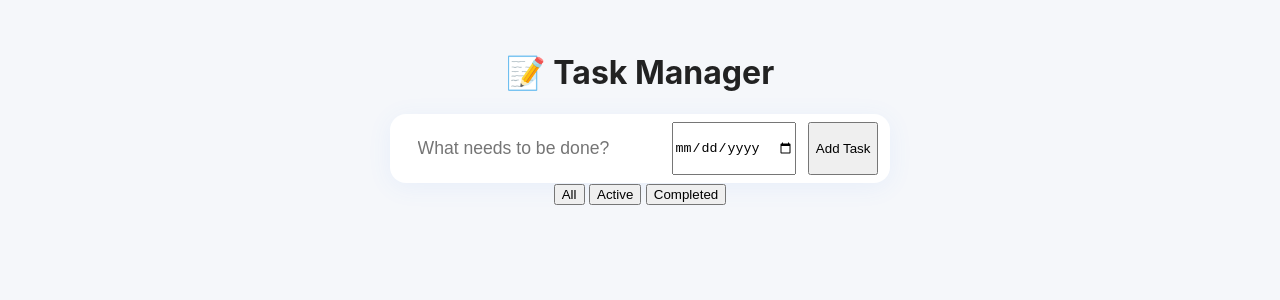
Repository: kirankumarwq/On-Time
Page: index.html
The author's editor kept a copy of each file at every save. The page is drawn from the files as they stood at one save, then again after the next save.
The browser window is 1280 px wide. The pictures show the whole page.

Above is the page before, as saved 2025-06-09 18:56:37.

After the next save:
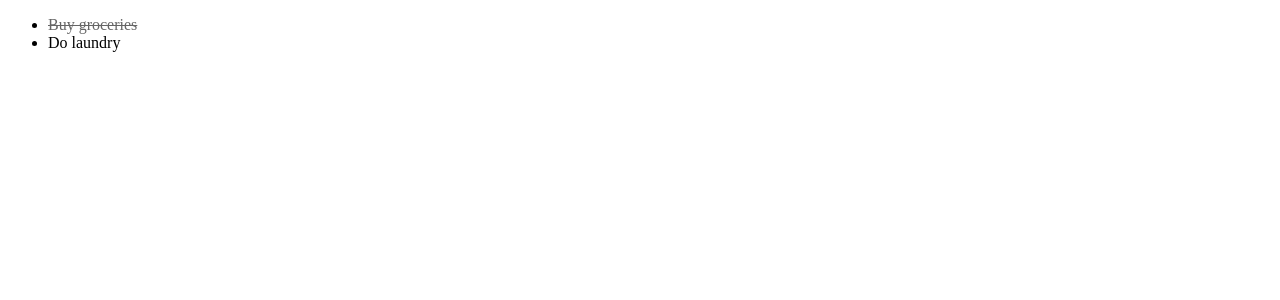
Saved 14 s later.
--- a/index.html
+++ b/index.html
@@ -1,33 +1,25 @@
 <!DOCTYPE html>
-<html lang="en">
+<html>
 <head>
-  <meta charset="UTF-8" />
-  <meta name="viewport" content="width=device-width, initial-scale=1" />
-  <title>Task Manager MVP</title>
-  <link rel="stylesheet" href="style.css" />
+  <style>
+    li.completed .task-main span {
+      text-decoration: line-through;
+      opacity: 0.6;
+    }
+  </style>
 </head>
 <body>
-  <main class="container">
-    <h1>📝 Task Manager</h1>
-
-    <!-- Task Form -->
-    <form id="task-form">
-      <input type="text" id="task-input" placeholder="What needs to be done?" required />
-      <input id="task-date" type="date" />
-      <button type="submit">Add Task</button>
-    </form>
-
-    <!-- Filters -->
-    <div id="filters">
-      <button onclick="setFilter('all')" class="active">All</button>
-      <button onclick="setFilter('active')">Active</button>
-      <button onclick="setFilter('completed')">Completed</button>
-    </div>
-
-    <!-- Task List -->
-    <ul id="task-list"></ul>
-  </main>
-
-  <script src="script.js"></script>
+  <ul>
+    <li class="completed">
+      <div class="task-main">
+        <span>Buy groceries</span>
+      </div>
+    </li>
+    <li>
+      <div class="task-main">
+        <span>Do laundry</span>
+      </div>
+    </li>
+  </ul>
 </body>
 </html>

After the save that followed:
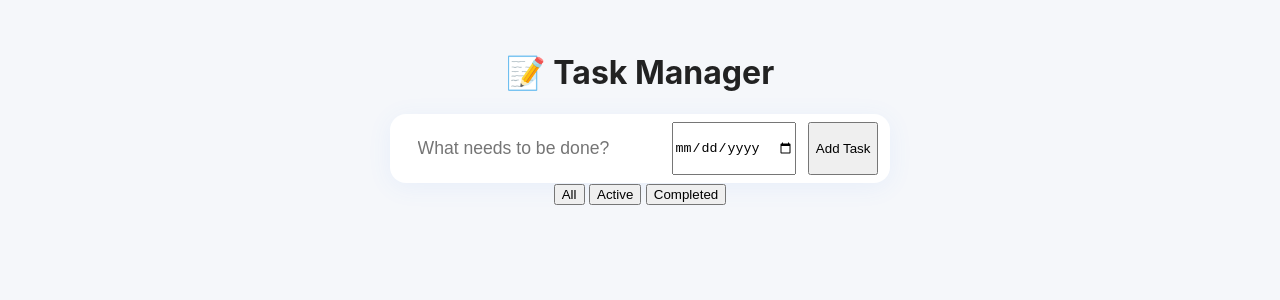
Saved 12 s later.
--- a/index.html
+++ b/index.html
@@ -1,25 +1,33 @@
 <!DOCTYPE html>
-<html>
+<html lang="en">
 <head>
-  <style>
-    li.completed .task-main span {
-      text-decoration: line-through;
-      opacity: 0.6;
-    }
-  </style>
+  <meta charset="UTF-8" />
+  <meta name="viewport" content="width=device-width, initial-scale=1" />
+  <title>Task Manager MVP</title>
+  <link rel="stylesheet" href="style.css" />
 </head>
 <body>
-  <ul>
-    <li class="completed">
-      <div class="task-main">
-        <span>Buy groceries</span>
-      </div>
-    </li>
-    <li>
-      <div class="task-main">
-        <span>Do laundry</span>
-      </div>
-    </li>
-  </ul>
+  <main class="container">
+    <h1>📝 Task Manager</h1>
+
+    <!-- Task Form -->
+    <form id="task-form">
+      <input type="text" id="task-input" placeholder="What needs to be done?" required />
+      <input id="task-date" type="date" />
+      <button type="submit">Add Task</button>
+    </form>
+
+    <!-- Filters -->
+    <div id="filters">
+      <button onclick="setFilter('all')" class="active">All</button>
+      <button onclick="setFilter('active')">Active</button>
+      <button onclick="setFilter('completed')">Completed</button>
+    </div>
+
+    <!-- Task List -->
+    <ul id="task-list"></ul>
+  </main>
+
+  <script src="script.js"></script>
 </body>
 </html>
